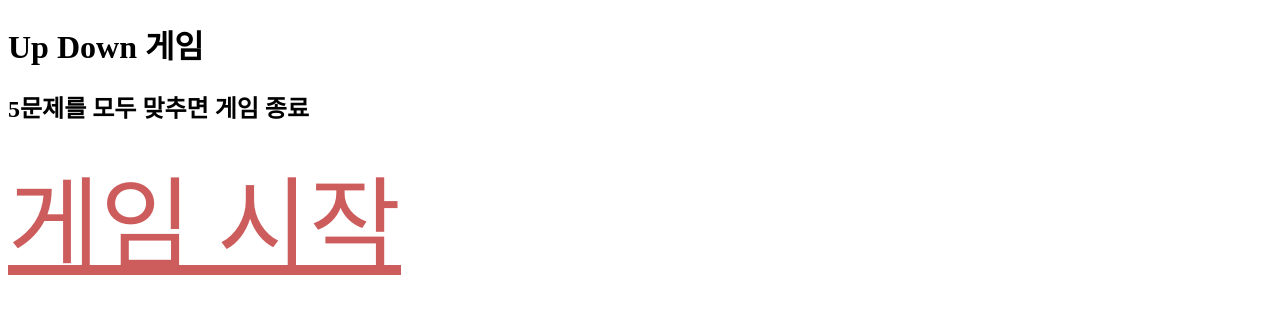
Repository: jjuhye/JSPWorkspace
Page: http://localhost/basic/02_requestUpDdown/index.jsp
These files come from the project's save history. The page is drawn as it stood at one moment and after the next save; the edit follows.
The browser window is 1280 px wide. The pictures show the whole page.
The page is served by Tomcat 9. Other server files are loaded and not shown.

Above is the page before, as saved 2023-02-21 06:44:42.

### basic/src/main/webapp/02_requestUpDdown/index.jsp
<%@ page language="java" contentType="text/html; charset=UTF-8"
    pageEncoding="UTF-8"%>
<!DOCTYPE html>
<html>
<head>
<meta charset="UTF-8">
<title>Insert title here</title>
<style>
a{
color: indianred;
font-size: 100px;
}

</style>
</head>
<body>
<h1>Up Down 게임</h1>
<h2>5문제를 모두 맞추면 게임 종료</h2>
<a href="updownGalePlay.jsp?play=gameStart">게임 시작</a>
</body>
</html>

After the next save:
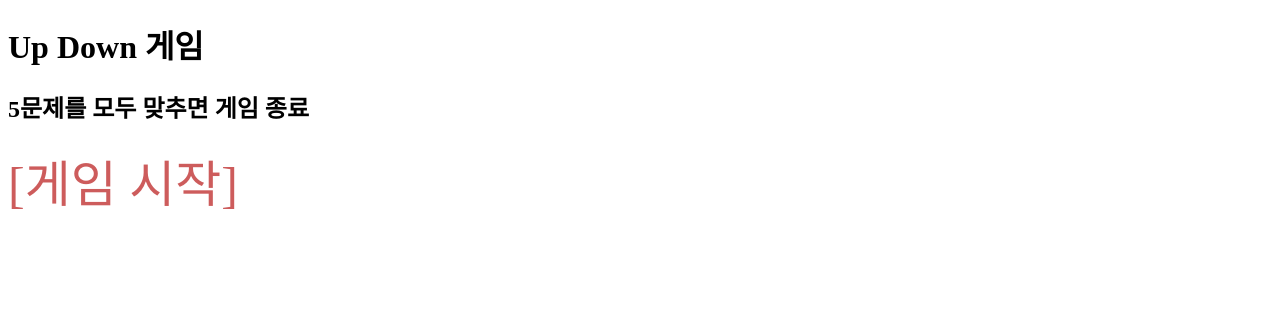
Saved 87 s later.
--- a/basic/src/main/webapp/02_requestUpDdown/index.jsp
+++ b/basic/src/main/webapp/02_requestUpDdown/index.jsp
@@ -8,7 +8,8 @@
 <style>
 a{
 color: indianred;
-font-size: 100px;
+font-size: 50px;
+text-decoration-line:none;
 }
 
 </style>
@@ -16,6 +17,6 @@ font-size: 100px;
 <body>
 <h1>Up Down 게임</h1>
 <h2>5문제를 모두 맞추면 게임 종료</h2>
-<a href="updownGalePlay.jsp?play=gameStart">게임 시작</a>
+<a href="updownGalePlay.jsp?play=gameStart">[게임 시작]</a>
 </body>
 </html>
